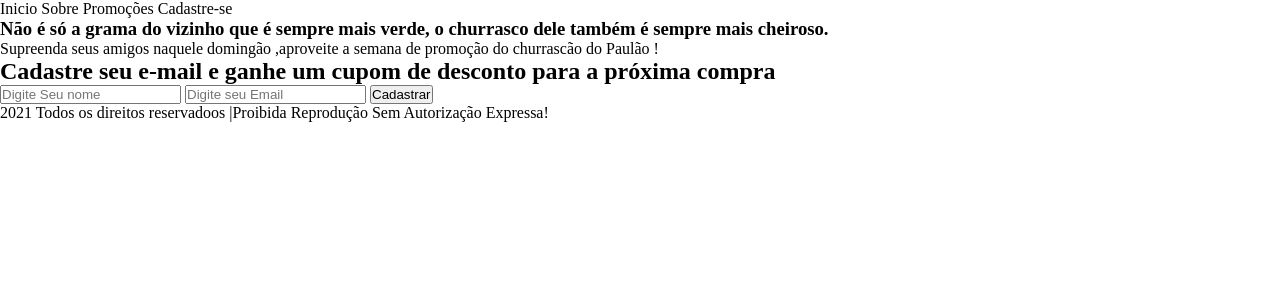
Repository: PauloMarquess/ProjetoBlackFriday
Page: index.html
An editor plug-in stored every save of this project. The page is shown before and after the next save, followed by the edit.
The browser window is 1280 px wide. The pictures show the whole page.

Above is the page before, as saved 2021-07-15 13:46:10.

After the next save:
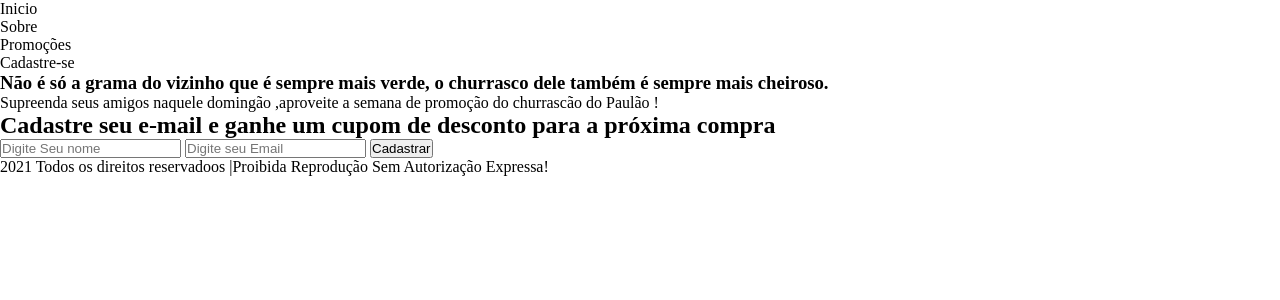
Saved 5 s later.
--- a/css/style.css
+++ b/css/style.css
@@ -3,6 +3,6 @@
     margin:0;
 
 }
-.menu ul li{
+.menu ul{
     display:inline-block;
 }

After the save that followed:
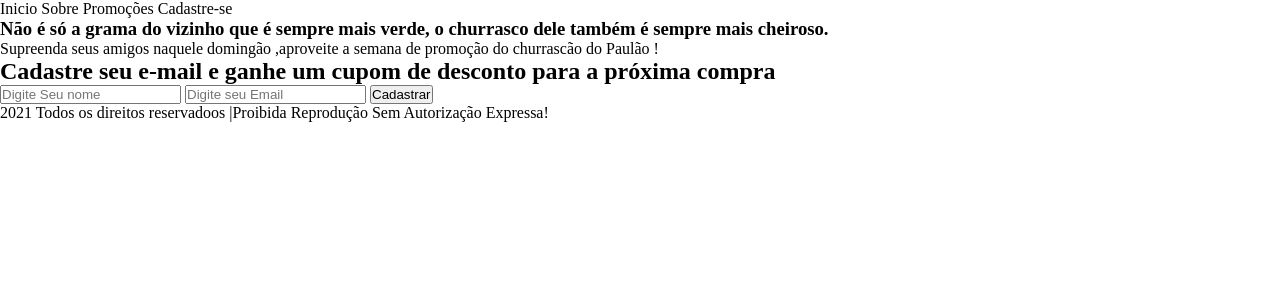
Saved 7 s later.
--- a/css/style.css
+++ b/css/style.css
@@ -3,6 +3,6 @@
     margin:0;
 
 }
-.menu ul{
+.menu ul li{
     display:inline-block;
 }
